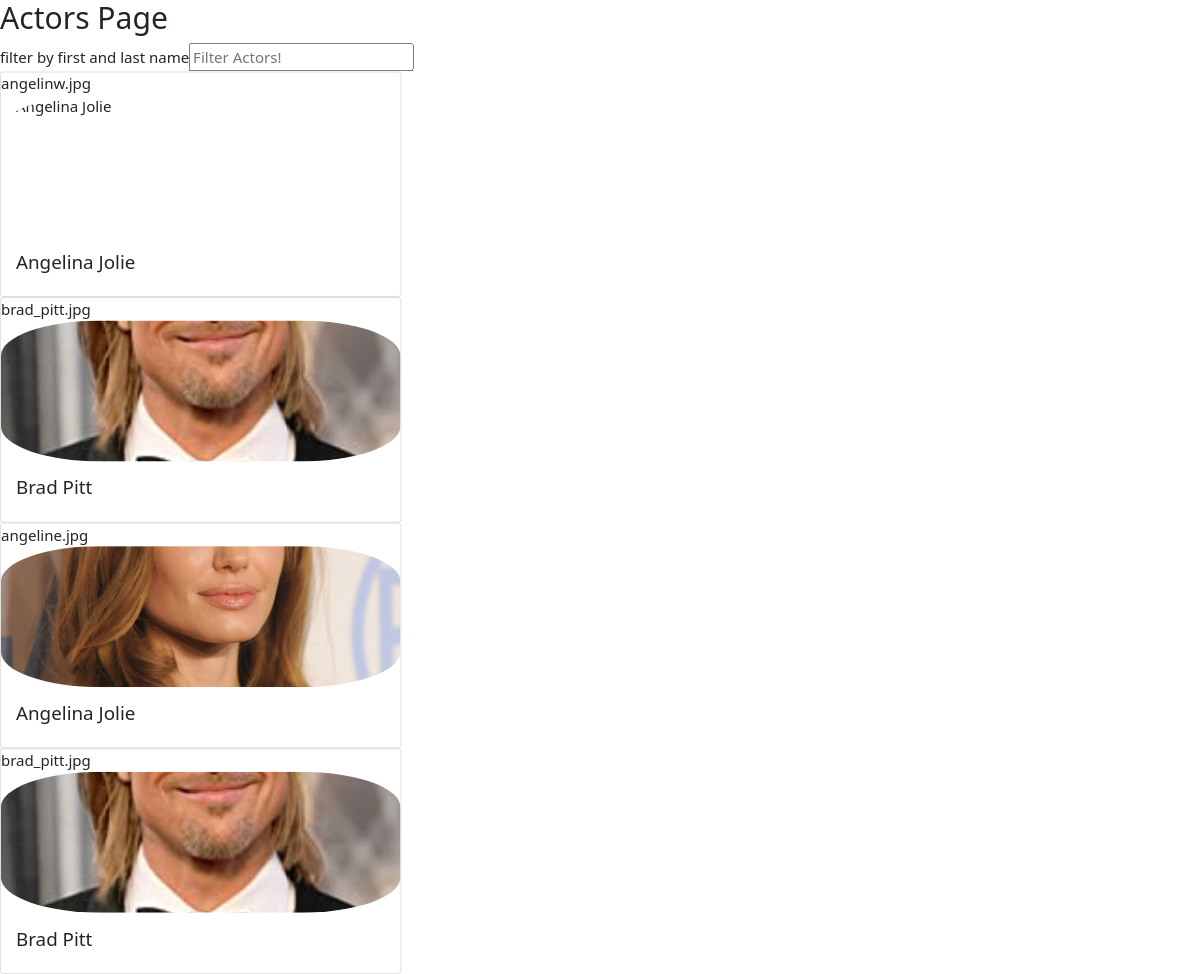
Repository: shuroo/FECourse-react-movieapp
Page: /
An editor plug-in stored every save of this project. The page is shown before and after the next save, followed by the edit.
The browser window is 1280 px wide. The pictures show the whole page, at 94% of full size.
The project was rebuilt for these pictures with package versions that can differ from the ones it lists, and the page was loaded fresh each time. Also part of the build but not shown: src/App.css.

Above is the page before, as saved 2021-07-24 07:13:02.
Not found: angelinw.jpg

### src/App.js
import logo from './logo.svg';
import './App.css';
import React, { useState } from 'react';
import Actor from './pages/Actor';
import 'bootstrap/dist/css/bootstrap.min.css';
import ActorsPage from './pages/ActorsPage';

//import CarModel from '../../model/CarModel';
//import CarsPage from './pages/CarsPage/CarsPage';

// function App() {
//   return (
//     <div className="App">
//       <header className="App-header">
//         <img src={logo} className="App-logo" alt="logo" />
//         <p>
//           Edit <code>src/App.js</code> and save to reload.
//         </p>
//         <a
//           className="App-link"
//           href="https://reactjs.org"
//           target="_blank"
//           rel="noopener noreferrer"
//         >
//           Learn React
//         </a>
//       </header>
//     </div>
//   );
// }

//const actor1 = { name: "bPitt", age: 50, imdbLink: "https://www.imdb.com/name/nm0000093/", imgSrc: "https://www.imdb.com/name/nm0000093/mediaviewer/rm864335360/" }

function App() {
    return <ActorsPage />
};

export default App;

### src/pages/ActorsPage.jsx
import React, { useState } from 'react';
import ActorModel from '../model/ActorModel';
//import angelinaImg from "pages/angeline.jpg";
import CardComponent from "../components/CardComponent";

function ActorsPage() {

    // var arr = [ new ActorModel("Angelina", "Jolie", new Date("04/06/1975"), "../public/images/angeline", "https://www.imdb.com/name/nm0001401/"),
    // new ActorModel("Brad", "Pitt", new Date("04/06/1975"), "../public/images/brad_pitt", "https://www.imdb.com/name/nm0000093/"),
    // new ActorModel("Angelina", "Jolie", new Date("04/06/1975"), "../public/images/angeline", "https://www.imdb.com/name/nm0001401/"),
    // new ActorModel("Brad", "Pitt", new Date("04/06/1975"), "../public/images/brad_pitt", "https://www.imdb.com/name/nm0000093/"),
    // ]

    const [actors, setActors] = useState([ new ActorModel("Angelina", "Jolie", new Date("04/06/1975"), "angelinw.jpg", "https://www.imdb.com/name/nm0001401/"),
     new ActorModel("Brad", "Pitt", new Date("04/06/1975"), "brad_pitt.jpg", "https://www.imdb.com/name/nm0000093/"),
     new ActorModel("Angelina", "Jolie", new Date("04/06/1975"), "angeline.jpg", "https://www.imdb.com/name/nm0001401/"),
     new ActorModel("Brad", "Pitt", new Date("04/06/1975"), "brad_pitt.jpg", "https://www.imdb.com/name/nm0000093/"),
     ])

    // firstName, lastName, birthday, image, imdbLink

    const [filterText, setfilterText] = useState("")
    const [sortCriteria, setSortCriteria] = useState("")

    function filterBy(e){
        const criteria = e.target.value;
    }

    function sortBy(e){
        const criteria = e.target.value;
    }
    let actorsHtml = actors.map(act=> <div><CardComponent actor={act}/></div>)

    return (
        <div>
            <h2>Actors Page</h2>
            <div><label>filter by first and last name</label>
            <input type="text" onClick={filterBy} placeholder="Filter Actors!"></input>
            <div className="gallery">{actorsHtml}</div>
            </div>

        </div>
    );
}

export default ActorsPage;

### src/model/ActorModel.jsx
class ActorModel{

    constructor(firstName, lastName, birthday, image, imdbLink){

        this.firstName = firstName;
        this.lastName = lastName;
        this.birthday = birthday;
        this.image = image;
        this.imdbLink = imdbLink;

    }

    age(){
        var thisyear = new Date().getFullYear();
        var birthyear = this.birthday.getFullYear();
        return (thisyear - birthyear);
    }
}

export default ActorModel;

### src/components/CardComponent.jsx
import React from "react";
import './CardComponent.css';
import angelina from './angeline.jpg'

function CardComponent({actor}) {

	return (

<div className=" card col col-md-4 col-lg-4 col-sm-4" onClick={()=>(alert())}>
 {actor.image}
  <img className="actorImg card-img-top" src={actor.image} alt={actor.firstName+" "+actor.lastName}/>
  <div className="card-body">
    <h5 className="card-title">{actor.firstName} {actor.lastName}</h5>
    <p className="card-text">{actor.age}
  </p></div>
  </div>
	)
}

export default CardComponent;

### src/components/CardComponent.css
.actorImg {
    border-radius: 25%;
    object-fit: cover;
    height: 150px;
}

.col {
    display: flex;
    flex-direction: column;
    justify-content: space-around;
}

Loaded but not shown: public/index.html (common file); src/index.js (common file); src/index.css (common file); src/reportWebVitals.js (common file); src/pages/Actor.jsx (no stored copy; drawn as an empty file)

After the next save:
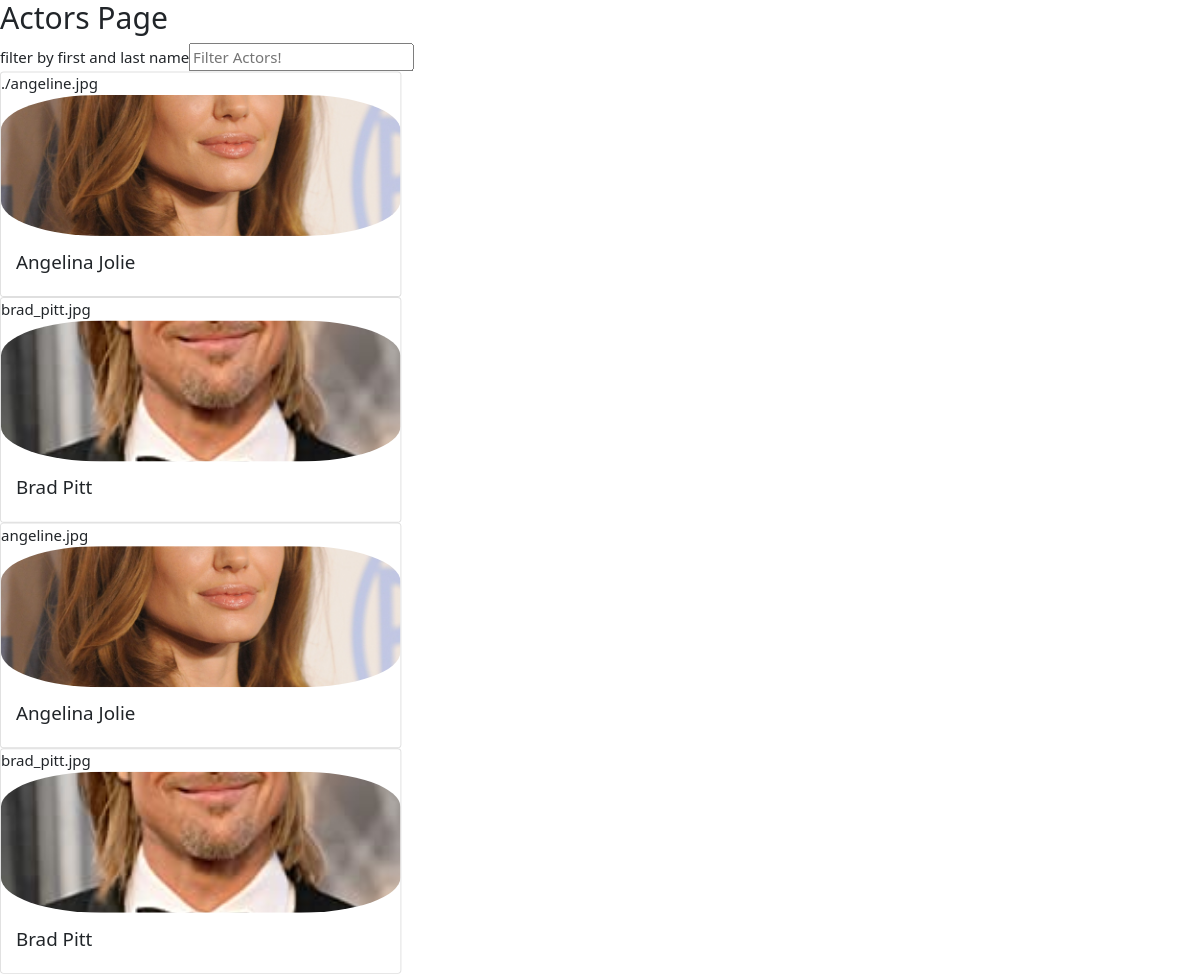
Saved 21 s later.
--- a/src/pages/ActorsPage.jsx
+++ b/src/pages/ActorsPage.jsx
@@ -11,7 +11,7 @@ function ActorsPage() {
     // new ActorModel("Brad", "Pitt", new Date("04/06/1975"), "../public/images/brad_pitt", "https://www.imdb.com/name/nm0000093/"),
     // ]
 
-    const [actors, setActors] = useState([ new ActorModel("Angelina", "Jolie", new Date("04/06/1975"), "angelinw.jpg", "https://www.imdb.com/name/nm0001401/"),
+    const [actors, setActors] = useState([ new ActorModel("Angelina", "Jolie", new Date("04/06/1975"), "./angeline.jpg", "https://www.imdb.com/name/nm0001401/"),
      new ActorModel("Brad", "Pitt", new Date("04/06/1975"), "brad_pitt.jpg", "https://www.imdb.com/name/nm0000093/"),
      new ActorModel("Angelina", "Jolie", new Date("04/06/1975"), "angeline.jpg", "https://www.imdb.com/name/nm0001401/"),
      new ActorModel("Brad", "Pitt", new Date("04/06/1975"), "brad_pitt.jpg", "https://www.imdb.com/name/nm0000093/"),
